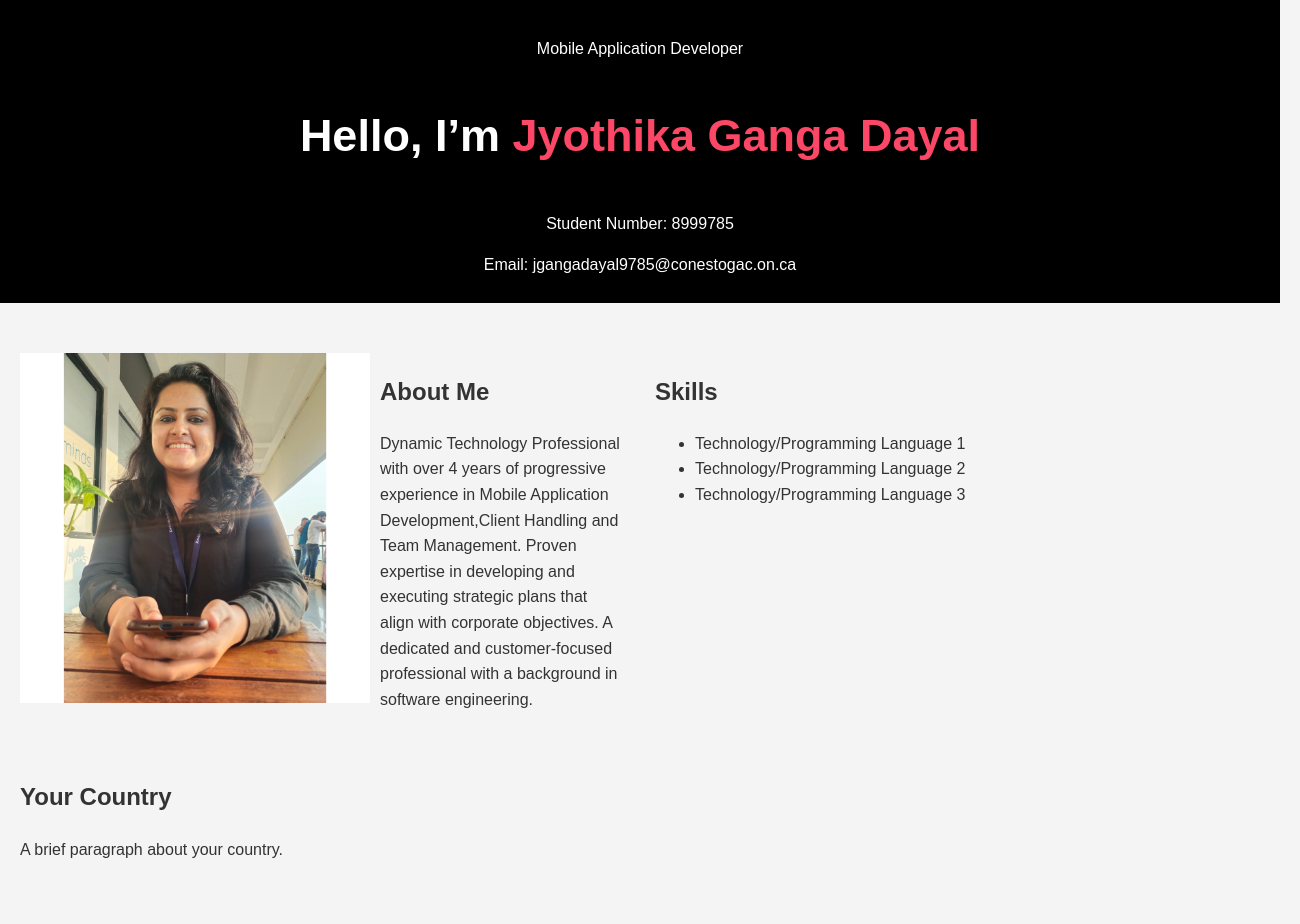
Repository: jyothika123/portfolio
Page: index.html
The author's editor kept a copy of each file at every save. The page is drawn from the files as they stood at one save, then again after the next save.
The browser window is 1280 px wide. The page is 1300 px wide, so the pictures cover 1300 px, including what lies to the right of the window. The pictures show the part of the page from y = 0 to 924 px (the page is 1338 px tall before and 1320 px after).
Pictures or frames that could not be fetched are drawn as grey boxes.

Above is the page before, as saved 2024-09-22 15:59:47.

### index.html
<!DOCTYPE html>
<html lang="en">
<head>
    <meta charset="UTF-8">
    <meta name="viewport" content="width=device-width, initial-scale=1.0">
    <link rel="stylesheet" href="css/style.css">
    <title>Jyothika Ganga Dayal</title>
</head>
<body>
    <header>
        <div class="content">
            <br>
            <span class="title">Mobile Application Developer</span>
            <h1>Hello, I’m <span>Jyothika Ganga Dayal</span></h1>
            <p>Student Number: 8999785</p>
            <p>Email: jgangadayal9785@conestogac.on.ca</p>
        </div>
    </header>
    <main>
        <section class="box">
            <section class="bio">
                <div>
                    <img src="images/image.PNG" alt="A photo representing me" class="profile">
                </div>
                <div>
                    <h2>About Me</h2>
                    <p>Dynamic Technology Professional with over 4 years of progressive experience
                        in Mobile Application Development,Client Handling and Team Management. Proven
                        expertise in developing and executing strategic plans that align with
                        corporate objectives. A dedicated and customer-focused professional with a
                        background in software engineering. </p>
                </div>

            </section>
            <section>
                <h2>Skills</h2>
                <ul>
                    <li>Technology/Programming Language 1</li>
                    <li>Technology/Programming Language 2</li>
                    <li>Technology/Programming Language 3</li>
                </ul>
            </section>
            <section class="country">
                <h2>Your Country</h2>
                <p>A brief paragraph about your country.</p>
                <iframe width="560" height="315" src="https://www.youtube.com/embed/your_video_id"
                        title="Interesting video about me/country/skills"
                        frameborder="0" allowfullscreen></iframe>
            </section>
        </section>
    </main>
    <aside>

    </aside>
    <footer>
        <p>&copy; 2024 Your Name. All rights reserved.</p>
    </footer>
</body>
</html>

### css/style.css


body {
    font-family: Arial, sans-serif;
    line-height: 1.6;
    margin: 0;
    padding: 0;
    color: #333;
    background-color: #f4f4f4;
}

header {
    background: #000000;
    color: #fff;
    padding: 10px;
    text-align: center;
}

main {
    display: flex;
    justify-content: space-between;
    padding: 20px;
}

.bio {
    display: grid;
    grid-template-columns: 1fr 1fr;
    gap:10px;
}

.country {
    flex: 3;
}

aside {
    background: #E9ECEF;
    padding: 20px;
    flex: 1;
}

footer {
    background: #007BFF;
    color: #fff;
    text-align: center;
    padding: 10px ;
    position: relative;
    bottom: 0;
    width: 100%;
}

.profile{
    width:350px;
    height: 350px;
}

.content h1 {
    color: #ffffff;
    font-size: 45px;
    font-weight: 900;
    line-height: 90px;
    text-transform: inherit;
    width: 100%;
  }
  .content h1 span {
    color: #fd4766;
  }
  .content p {
    width: 100%;
    color: #ffffff;
    margin-top: 5px;
    margin-bottom: 15px;
  }
  .box{
    margin-top: 30px;
    display: grid;
    grid-template-columns: 2fr 2fr;
    gap:30px;
  }

After the next save:
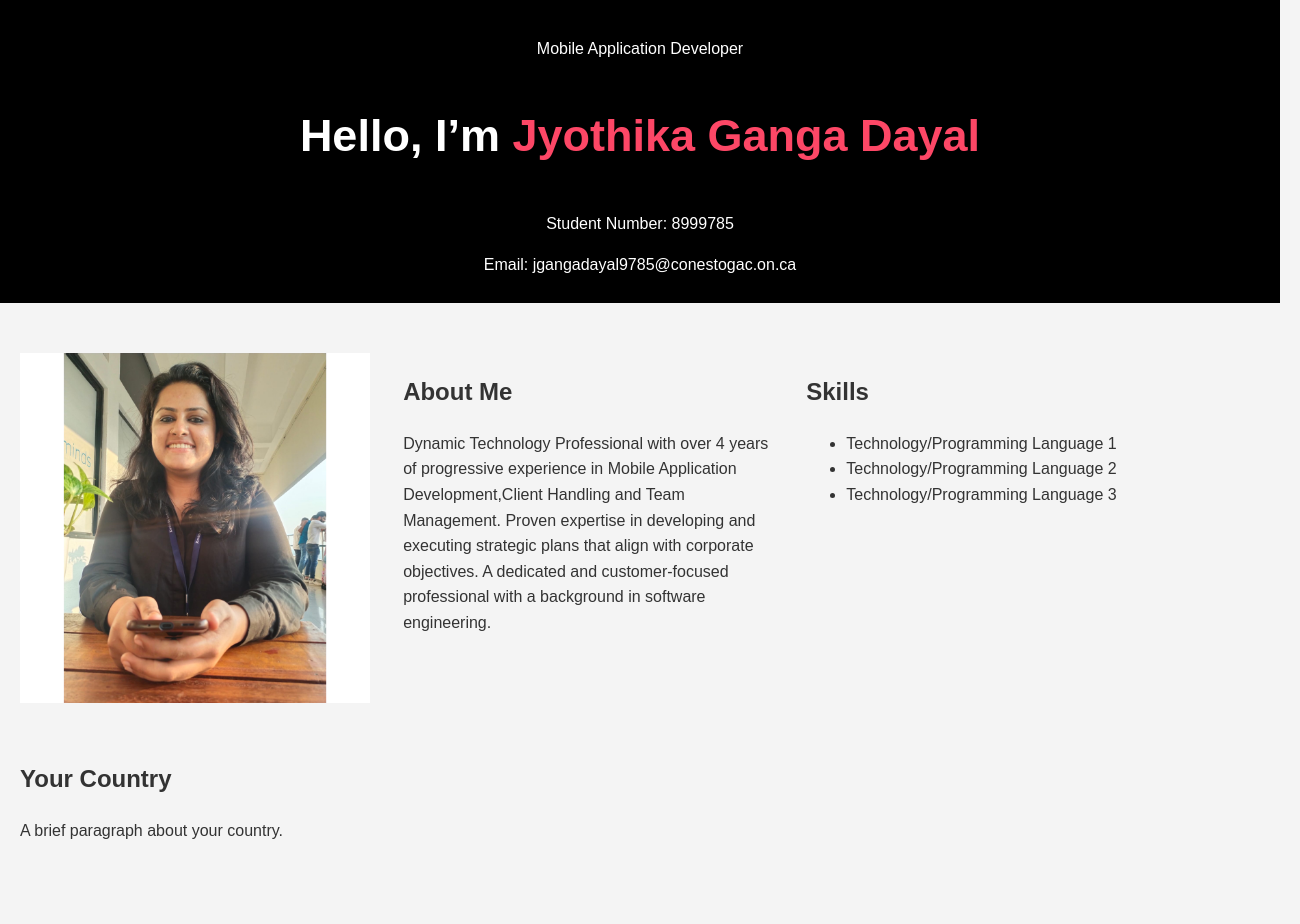
Saved 2 min 15 s later.
--- a/css/style.css
+++ b/css/style.css
@@ -73,6 +73,6 @@ footer {
   .box{
     margin-top: 30px;
     display: grid;
-    grid-template-columns: 2fr 2fr;
+    grid-template-columns: 2.5fr 1.5fr;
     gap:30px;
   }
